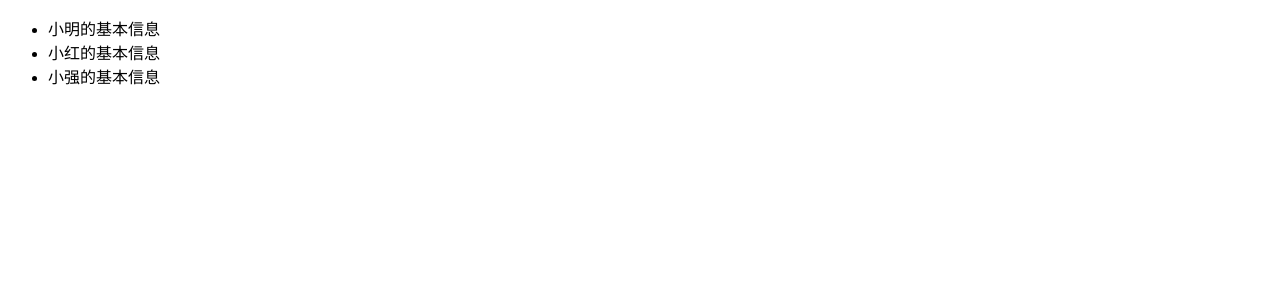
Repository: wanghuan19961020/Vue2.x-Study-Notes
Page: Vue2.x-mustache模板引擎/mustache-study/01_数据变为视图-纯DOM法.html
An editor plug-in stored every save of this project. The page is shown before and after the next save, followed by the edit.
The browser window is 1280 px wide. The pictures show the whole page.

Above is the page before, as saved 2021-02-04 16:26:29.

After the next save:
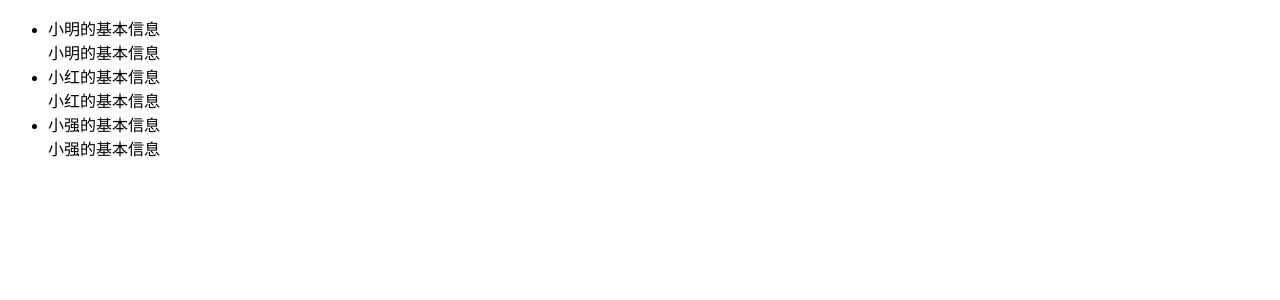
Saved 35 s later.
--- a/Vue2.x-mustache模板引擎/mustache-study/01_数据变为视图-纯DOM法.html
+++ b/Vue2.x-mustache模板引擎/mustache-study/01_数据变为视图-纯DOM法.html
@@ -24,6 +24,11 @@
       hdDiv.className = 'hd'
       hdDiv.innerText = arr[i].name + '的基本信息'
       oLi.appendChild(hdDiv)
+      // 创建 bd 这个 div
+      let bdDiv = document.createElement('div')
+      bdDiv.className = 'bd'
+      bdDiv.innerText = arr[i].name + '的基本信息'
+      oLi.appendChild(bdDiv)
       // 内部文字
       // oLi.innerHTML = arr[i].name
       // 创建的节点是孤儿节点，所以必须要上树才能让用户看见
